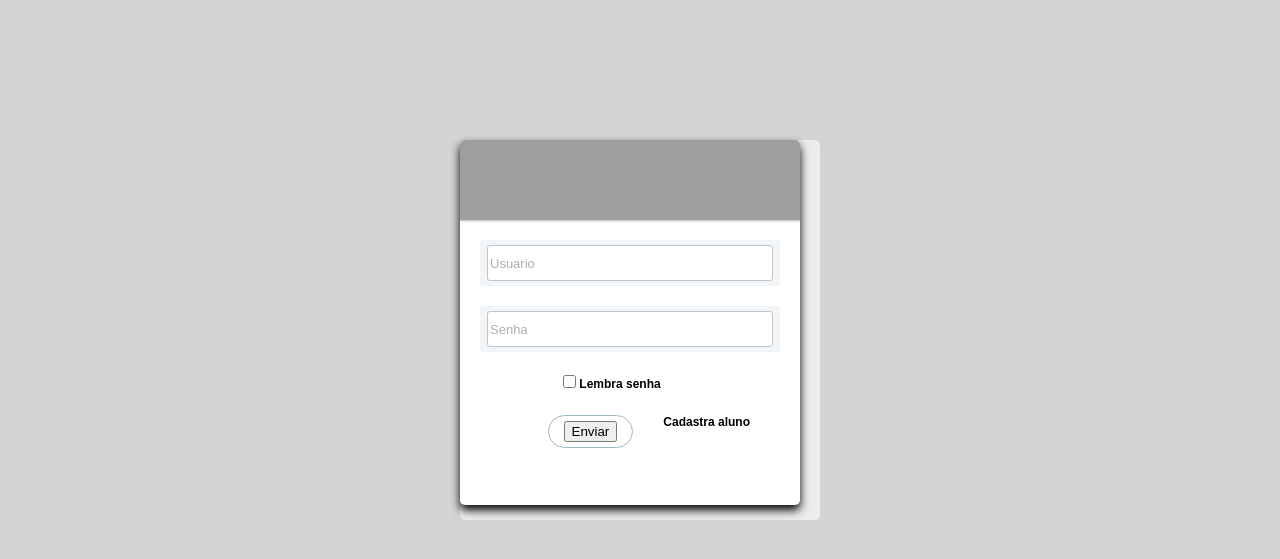
Repository: luisjonson/ProjetoWebAcademia
Page: http://localhost/RepositorioWebProject/Login.jsp
An editor plug-in stored every save of this project. The page is shown before and after the next save, followed by the edit.
The browser window is 1280 px wide. The pictures show the whole page.
Pictures or frames that could not be fetched are drawn as grey boxes. The page is served by Tomcat 9. Other server files are loaded and not shown.

Above is the page before, as saved 2017-04-10 01:58:50.

### Projeto_Web/RepositorioWebProject/WebContent/Login.jsp
<%@ page language="java" contentType="text/html; charset=utf-8"
	pageEncoding="ISO-8859-1"%>
<!DOCTYPE
 html PUBLIC "-//W3C//DTD HTML 4.01 Transitional//EN" "http://www.w3.org/TR/html4/loose.dtd">
<html>
<head>

</head>

<title>Login</title>

<style type="text/css" >

body {
	background-color: #D6D3D3;
}

#login-box {
	background-color: #ECECEC;
	width: 360px;
	height: 380px;
	margin: 140px auto 0px;
	border-radius: 5px;

}

#login-box-interno {
	width: 340px;
	height: 365px;
	background-color:white;
	position: absolute;
	border-radius: 5px;
	box-shadow: 0px 5px 10px black;
	overflow: hidden;
}

#login-box-label {
	background-color:#D6D3D3;
	height:80px;
	text-align:center;
    font:bold 12px/12px sans-serif;
    border-top-left-radius:5px;
    border-top-right-radius:5px;
    border-bottom:1px solid #cccccc;
    box-shadow:1px 0px 3px #ccc4c5;
}

#imagens{
	max-width: 800px;
}

.input-div{

	margin: 20px;
	padding: 5px;
   background-color:#f2f5f7;

	border-radius: 3px;
}

.input-div input{

	width: 280px;
	height: 32px;
	padding-left: 2px;
	font: normal 13px sans-serif;
	color: #aeaeae;
	border-radius: 3px;
	border: 1px solid #bfc4c6;
    outline:none;
}

.input-div:hover{
	background-color: #8C8C8A;
}

.input-div:hover input{
	border-color: #797B79
}
.input-senha{
  margin-top:-10px;
  }

  #botoes{
    width:280px;
    margin-left:10px;
  }

  #botao{
    float:right;
    background-color:;
    padding:5px 15px;
    font:bold 12px sans-serif;
    border-radius:20px;
    text-shadow:0px 1px 0px white;
    border:1px solid #9eb9c3;
  }

  #CadastraAluno{
    font:bold 12px sans-serif;
     float:right;
     margin-left:30px;
  }

</style>
<body>
	<div id="login-box">

		<div id="login-box-interno">

			<div id="login-box-label">

				<div id=imagens><img alt="Smart Fit" src="C:\Users\nano\workspace\ProjetoWebAcademia\Projeto_Web\RepositorioWebProject\WebContent\Imagem\Smart.png" width="340" height="80"/></div>

				<div class="input-div" id="input-usuario">
					<input type="text" value="Usuario">
				</div>

				<div class="input-div" id="input-senha">
					<input type="text" value="Senha">
				</div>

                <div id="botoes">

                  <div id="lembra-senha"><input type="checkbox"/>Lembra senha</div><br><br>
                  <div id="CadastraAluno">Cadastra aluno</div>
                  </div>
                   <div id="botao" ><input type="submit" name="enviar" value="Enviar"></div>
              </div>
         </div>
	</div>




</body>
</html>

After the next save:
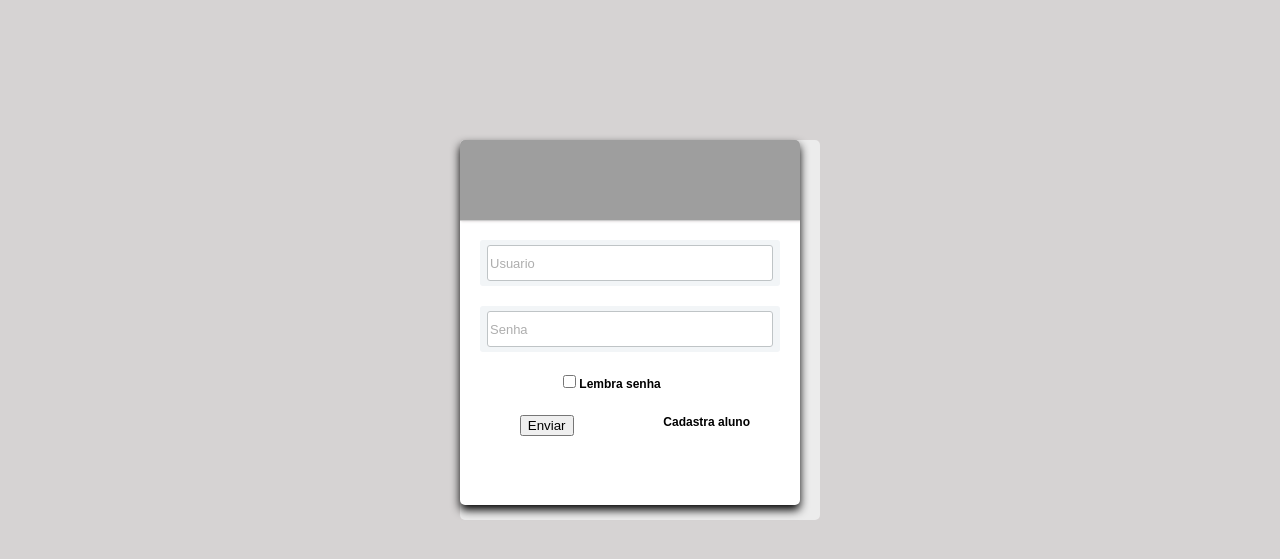
Saved 73 s later.
--- a/Projeto_Web/RepositorioWebProject/WebContent/Login.jsp
+++ b/Projeto_Web/RepositorioWebProject/WebContent/Login.jsp
@@ -86,7 +86,7 @@ body {
     margin-left:10px;
   }
 
-  #botao{
+ /* #botao{
     float:right;
     background-color:;
     padding:5px 15px;
@@ -95,7 +95,7 @@ body {
     text-shadow:0px 1px 0px white;
     border:1px solid #9eb9c3;
   }
-
+  */
   #CadastraAluno{
     font:bold 12px sans-serif;
      float:right;
